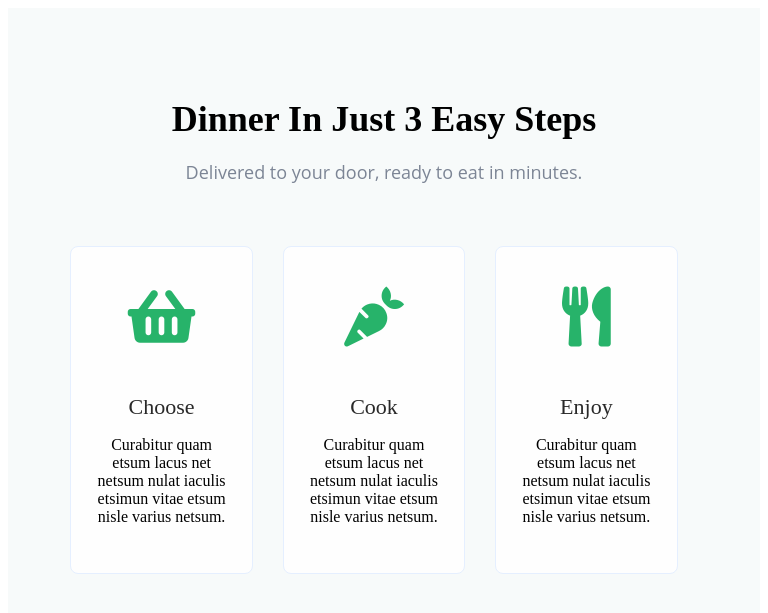
Repository: ST-United-Internship/leadpage
Page: card-UI.html
The author's editor kept a copy of each file at every save. The page is drawn from the files as they stood at one save, then again after a run of saves.
The browser window is 768 px wide. The pictures show the whole page.

Above is the page before, as saved 2023-03-15 15:29:10.

After the next 3 saves:
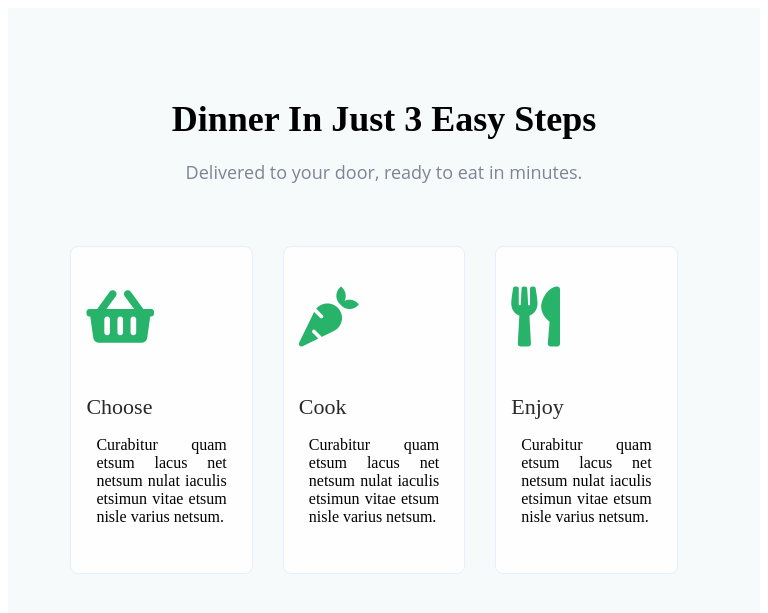
The 3 saves are shown as one change because they came seconds apart.
The last was saved 10 s later.
--- a/css/card-UI.css
+++ b/css/card-UI.css
@@ -85,6 +85,6 @@
 
 @media only screen and (max-width:1000px) {
     .title-card{
-        display: inline-flexbox;
+        text-align: justify;
     }
 }

After the save that followed:
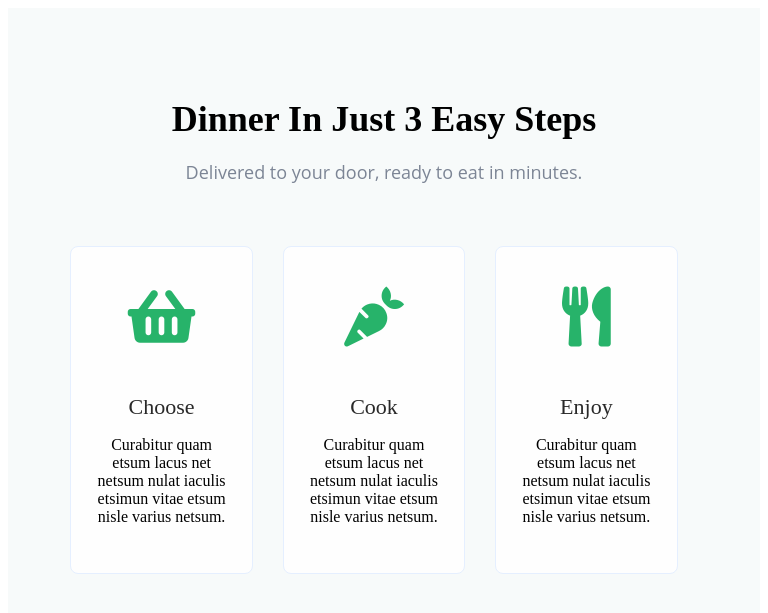
Saved 4 s later.
--- a/css/card-UI.css
+++ b/css/card-UI.css
@@ -85,6 +85,6 @@
 
 @media only screen and (max-width:1000px) {
     .title-card{
-        text-align: justify;
+
     }
 }
